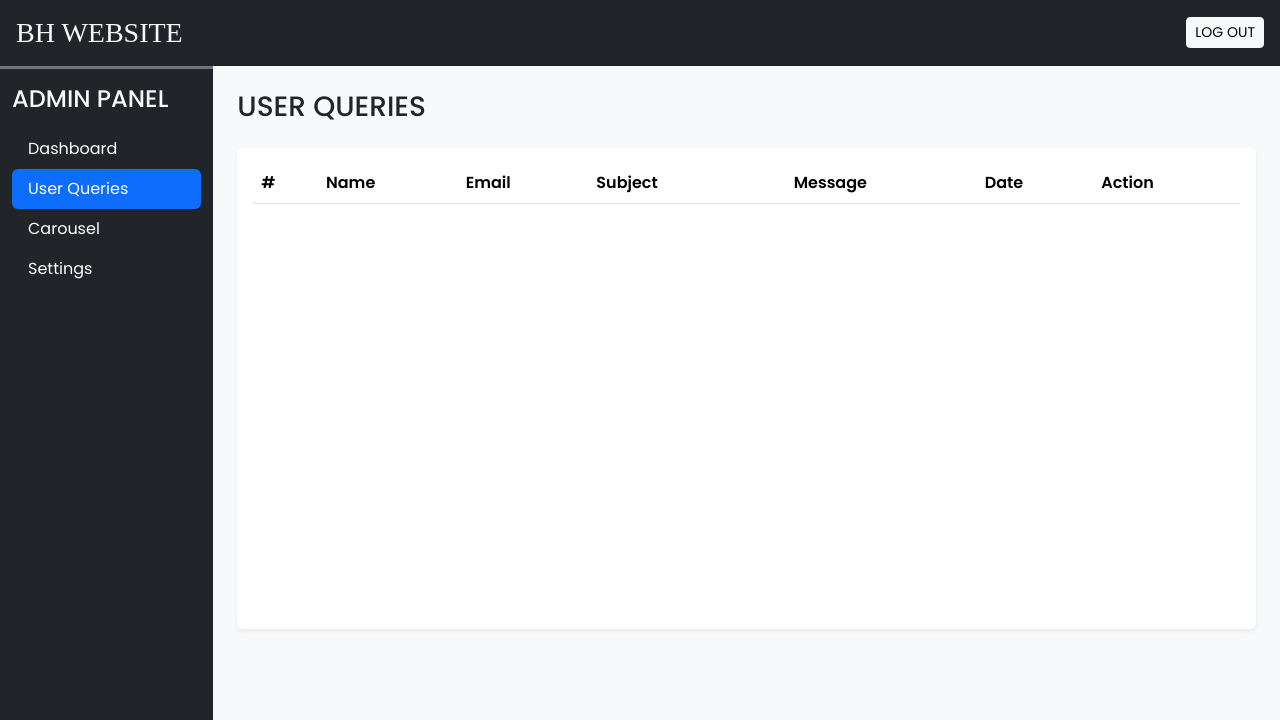
Repository: ntruong0906/desktop-tutorial
Page: http://localhost/hbwebsite/WebsiteBookingHotel/admin/user_queries.php
The author's editor kept a copy of each file at every save. The page is drawn from the files as they stood at one save, then again after the next save.
The browser window is 1280 px wide. The pictures show the whole page.
Some web fonts or font styles are not loaded; a fallback is used. The page is run by PHP 8.4 with error messages shown; the project is at /var/www/html/. The session is filled in as if someone had signed in: {"adminLogin": true, "adminId": 1}. Other server files are loaded and not shown. Queries for data that is not in the repository find no rows.

Above is the page before, as saved 2024-05-06 23:01:17.

### WebsiteBookingHotel/admin/user_queries.php
<?php
require ('inc/essentials.php');
require ('inc/db_config.php');
adminLogin();

?>

<!DOCTYPE html>
<html lang="en">

<head>
    <meta charset="UTF-8">
    <meta http-equiv="X-UA-Compatible" content="IE-edge">
    <meta name="viewport" content="width=device-width, initial-scale=1.0">
    <title>Admin Panel - User Queries</title>
    <?php require ('inc/links.php'); ?>
</head>
<style>
.custom-alert {
    position: fixed;
    top: 80px;
    right: 25px;
}

#dashboard-menu {
    position: fixed;
    height: 100%;
}
</style>

<body class="bg-light">

    <?php require ('inc/header.php'); ?>

    <div class="container-fluid" id="main-content">
        <div class="row">
            <div class="col-lg-10 ms-auto p-4 overflow-hidden">
                <h3 class="mb-4">USER QUERIES</h3>

                <!--Carousel section -->
                <div class="card border-0 shadow-sm mb-4">
                    <div class="card-body">
                        <div class="table-responsive-md " style="height: 450px; overflow-y: scroll; ">
                            <table class="table table-hover">
                                <thead class="sticky-top">
                                    <tr class="bg-dark text-light">
                                        <th scope="col">#</th>
                                        <th scope="col">Name</th>
                                        <th scope="col">Email</th>
                                        <th scope="col" width="20%">Subject</th>
                                        <th scope="col">Message</th>
                                        <th scope="col">Date</th>
                                        <th scope="col">Action</th>
                                    </tr>
                                </thead>
                                <tbody>
                                    <?php
                                   $q = "SELECT * FROM `user_queries` ORDER BY `sr_no` DESC";
                                   $data = mysqli_query($con,$q);
                                   $i= 1;
                                   while($row = mysqli_fetch_assoc($data)){
                                    echo <<< query
                                    <tr?>
                                    <td>$i</td>
                                    <td>$row[name]</td>
                                    <td>$row[email]</td>
                                    <td>$row[subject]</td>
                                    <td>$row[message]</td>
                                    </tr>
                                    query;
                                    $i++;
                                    }
                                    ?>
                                </tbody>
                            </table>
                        </div>
                    </div>
                </div>
            </div>
        </div>
    </div>

    <?php require ('inc/scripts.php'); ?>
</body>

</html>

### WebsiteBookingHotel/admin/inc/essentials.php
<?php

define ('SITE_URL','http://127.0.0.1/hbwebsite/');
define ('ABOUT_IMG_PATH',SITE_URL.'images/about/');
define ('CAROUSEL_IMG_PATH',SITE_URL.'images/carousel/');



define ('UPLOAD_IMAGE_PATH',$_SERVER['DOCUMENT_ROOT'].'/hbwebsite/images/');
define ('ABOUT_FOLDER','about/');
define ('CAROUSEL_FOLDER','carousel/');
function adminLogin()
{
    session_start();
    if (!isset($_SESSION['adminLogin']) && $_SESSION['adminLogin'] == true) {
        echo "<script>
            window.location.href='index.php';
        </script>";
    }

}
function redirect($url)
{
    echo "<script>
            window.location.href='$url';
        </script>";
}

function alert($type, $msg)
{
    $bs_class = ($type == "success") ? "alert-success" : "alert-danger";
    echo <<<alert
                <div class="alert $bs_class alert-dismissible fade show custom-alert" role="alert">
                    <strong class="me-3">$msg</strong>
                    <button type="button" class="btn-close" data-bs-dismiss="alert" aria-label="Close"></button>
                </div>
            alert;
}

function uploadImage($image,$folder){
    $valid_mime = ['image/jpeg','image/pnp','image/webp'];
    $img_mime = $image['type'];
    if(!in_array($img_mime,$valid_mime)){
        return 'ivn_img';
    }else if(($image['size']/(1024*1024))> 2){
        return 'ivn_size';
    }else{
        $ext = pathinfo($image['name'],PATHINFO_EXTENSION);
        $rname = 'IMG_'.random_int(11111,99999).".$ext";
        $img_path = UPLOAD_IMAGE_PATH.$folder.$rname;
        if(move_uploaded_file($image['tmp_name'],$img_path)){
            return $rname;
        }
        else{
            return 'udp_failed';
        }
    }
}


function deleteImage($image , $folder){
    if(unlink(UPLOAD_IMAGE_PATH.$folder.$image)){
        return true;
    }else{
        return false;
    }
}
?>

### WebsiteBookingHotel/admin/inc/db_config.php
<?php
$hname = 'localhost';
$uname = 'root';
$pass = "";
$db = "hbwebsite";

$con = mysqli_connect($hname, $uname, $pass, $db);

if (!$con) {
    die("Cannot Connect to Database" . mysqli_connect_error());
}

function filteration($data)
{
    foreach ($data as $key => $value) {
        $value = trim($value);
        $value = stripcslashes($value);
        $value = strip_tags($value);
        $value = htmlspecialchars($value);
        $data[$key] = $value;
    }
    return $data;
}

function selectAll($table){
    $con = $GLOBALS['con'];
    $res = mysqli_query($con,"SELECT * FROM $table");
    return $res;
}
function select($sql, $values, $datatype)
{
    $con = $GLOBALS['con'];
    if ($stmt = mysqli_prepare($con, $sql)) {
        mysqli_stmt_bind_param($stmt, $datatype,...$values);
        if (mysqli_stmt_execute($stmt)) {
            $res = mysqli_stmt_get_result($stmt);
            mysqli_stmt_close($stmt);
            return $res;
        } else {
            mysqli_stmt_close($stmt);
            die("Query cannot be excuted - Select");
        }
    } else {
        die("Query cannot be executed - Select");
    }
}

function update($sql, $values, $datatypes)
{
    $con = $GLOBALS['con'];
    if ($stmt = mysqli_prepare($con, $sql)) {
        mysqli_stmt_bind_param($stmt, $datatypes,...$values);
        if (mysqli_stmt_execute($stmt)) {
            $res = mysqli_stmt_affected_rows($stmt);
            mysqli_stmt_close($stmt);
            return $res;
        } else {
            mysqli_stmt_close($stmt);
            die("Query cannot be executed - Update");
        }
    } else {
        die("Query cannot be executed - Update");
    }
}

function insert($sql, $values, $datatypes)
{
    $con = $GLOBALS['con'];
    if ($stmt = mysqli_prepare($con, $sql)) {
        mysqli_stmt_bind_param($stmt, $datatypes,...$values);
        if (mysqli_stmt_execute($stmt)) {
            $res = mysqli_stmt_affected_rows($stmt);
            mysqli_stmt_close($stmt);
            return $res;
        } else {
            mysqli_stmt_close($stmt);
            die("Query cannot be executed - Insert");
        }
    } else {
        die("Query cannot be executed - Insert");
    }
}

function delete($sql, $values, $datatypes)
{
    $con = $GLOBALS['con'];
    if ($stmt = mysqli_prepare($con, $sql)) {
        mysqli_stmt_bind_param($stmt, $datatypes,...$values);
        if (mysqli_stmt_execute($stmt)) {
            $res = mysqli_stmt_affected_rows($stmt);
            mysqli_stmt_close($stmt);
            return $res;
        } else {
            mysqli_stmt_close($stmt);
            die("Query cannot be executed - Delete");
        }
    } else {
        die("Query cannot be executed - Delete");
    }
}
?>

### WebsiteBookingHotel/admin/inc/links.php
<link href="https://cdn.jsdelivr.net/npm/bootstrap@5.3.3/dist/css/bootstrap.min.css" rel="stylesheet"
    integrity="sha384-QWTKZyjpPEjISv5WaRU9OFeRpok6YctnYmDr5pNlyT2bRjXh0JMhjY6hW+ALEwIH" crossorigin="anonymous">
<link href="https://fonts.googleapis.com/css2?family=Merienda:wght@400;700&family=Poppins:wght@400;500;600&display=swap"
    rel="stylesheet">
<link rel="stylesheet" href="https://cdn.jsdelivr.net/npm/bootstrap-icons@1.11.3/font/bootstrap-icons.min.css">
<link rel="stylesheet" href="css/common.css">

### WebsiteBookingHotel/admin/inc/header.php
<div class="container-fluid bg-dark text-light p-3 d-flex align-items-center justify-content-between sticky-top">
    <h3 class="mb-0 h-font">BH WEBSITE</h3>
    <a href="logout.php" class="btn btn-light btn-sm">LOG OUT</a>
</div>

<div class="col-lg-2 bg-dark border-top border-3 border-secondary " id="dashboard-menu">
    <nav class="navbar navbar-expand-lg navbar-dark">
        <div class="container-fluid flex-lg-column align-items-stretch">
            <h4 class="mt-2 text-light">ADMIN PANEL</h4>
            <button class="navbar-toggler shadow-none" type="button" data-bs-toggle="collapse"
                data-bs-target="#adminDropdown" aria-controls="navbarNav" aria-expanded="false"
                aria-label="Toggle navigation">
                <span class="navbar-toggler-icon"></span>
            </button>
            <div class="collapse navbar-collapse flex-column align-items-stretch mt-2" id="adminDropdown">

                <ul class="nav nav-pills flex-column">
                    <li class="nav-item">
                        <a class="nav-link text-white" href="dashboard.php">Dashboard</a>
                    </li>
                    <li class="nav-item">
                        <a class="nav-link text-white" href="user_queries.php">User Queries</a>
                    </li>
                    <li class="nav-item">
                        <a class="nav-link text-white" href="carousel.php">Carousel</a>
                    </li>
                    <li class="nav-item">
                        <a class="nav-link text-white" href="settings.php
                            ">Settings</a>
                    </li>
                </ul>
            </div>
        </div>
        <nav>
</div>

### WebsiteBookingHotel/admin/inc/scripts.php
<script src="https://cdn.jsdelivr.net/npm/bootstrap@5.3.3/dist/js/bootstrap.bundle.min.js"
    integrity="sha384-YvpcrYf0tY3lHB60NNkmXc5s9fDVZLESaAA55NDzOxhy9GkcIdslK1eN7N6jIeHz" crossorigin="anonymous">
</script>

<script>
function alert(type, msg) {
    let bs_class = (type == 'success') ? 'alert-success' : 'alert-danger';
    let element = document.createElement('div');
    element.innerHTML = `
                <div class="alert ${bs_class} alert-dismissible fade show custom-alert" role="alert">
                        <strong class="me-3">${msg}</strong>
                        <button type="button" class="btn-close" data-bs-dismiss="alert" aria-label="Close"></button>
                </div>
                `;
    document.body.append(element);
}

function setActive() {
    let navbar = document.getElementById('dashboard-menu');
    let a_tags = navbar.getElementsByTagName('a');
    for (i = 0; i < a_tags.length; i++) {
        let file = a_tags[i].href.split('/').pop();
        let file_name = file.split('.')[0];
        if (document.location.href.indexOf(file_name) >= 0) {
            a_tags[i].classList.add('active')
        }
    }
}
setActive();
</script>

### WebsiteBookingHotel/admin/css/common.css
:root{
    --teal: #2ec1ac;
    --teal_hover: #279e8c;
}

* {
    font-family: 'Poppins', sans-serif;
}

.h-font {
    font-family: 'Merienda', cursive;
}

input::-webkit-outer-spin-button,
input::-webkit-inner-spin-button {
    -webkit-appearance: none;
    margin: 0;
}

/* input[type=number] {
    -moz-appearance: textfield;
} */

.custom-bg {
    background-color: var(--teal);
    border: 1px solid var(--teal);
}

.custom-bg:hover {
    background-color: var(--teal_hover);
    border-color: var(--teal_hover);
}

.availability-form {
    margin-top: -50px;
    z-index: 2;
    position: relative;
}
.h-line{
    width: 150px ;
    margin: 0 auto;
    height: 1.7px;
}

.custom-alert{
    position: fixed;
    top: 80px;
    right: 25px;
}
#dashboard-menu{
    position:fixed;
    height: 100%;
    z-index: 11;
}

@media screen and (max-width :991px){
    #dashboard-menu{
        height: auto;
        width: 100%;
    }
    #main-content{
        margin-top: 60px;
    }
}

After the next save:
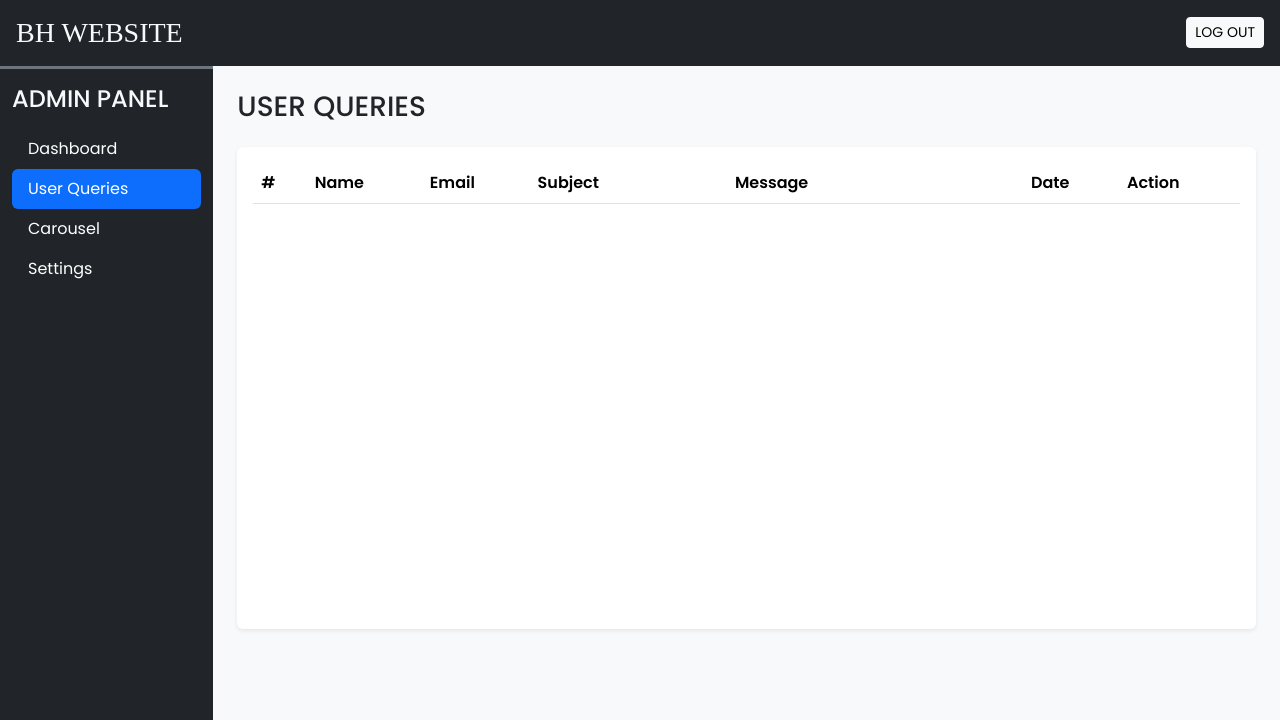
Saved 16 s later.
--- a/WebsiteBookingHotel/admin/user_queries.php
+++ b/WebsiteBookingHotel/admin/user_queries.php
@@ -48,7 +48,7 @@ adminLogin();
                                         <th scope="col">Name</th>
                                         <th scope="col">Email</th>
                                         <th scope="col" width="20%">Subject</th>
-                                        <th scope="col">Message</th>
+                                        <th scope="col" width="30%">Message</th>
                                         <th scope="col">Date</th>
                                         <th scope="col">Action</th>
                                     </tr>
